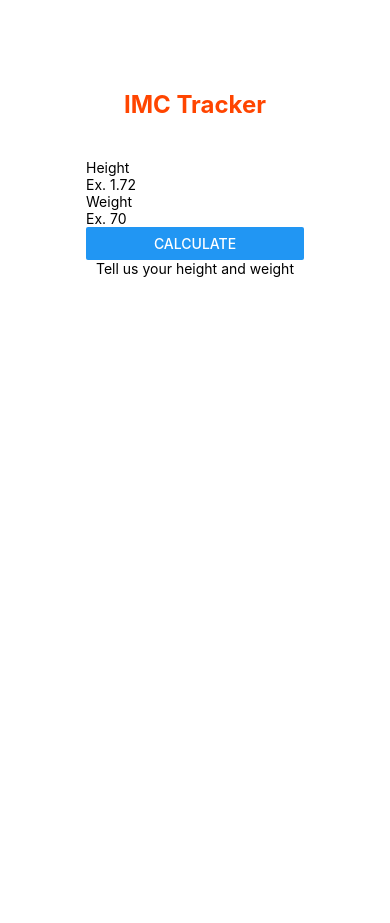
Repository: rubenmatias08/IMCTracker
Screen: /
An editor plug-in stored every save of this project. The screen is shown before and after the next save, followed by the edit.
The app was drawn by React Native's web renderer in a window 390 px wide. The project was rebuilt for these pictures with package versions that can differ from the ones it lists, and the page was loaded fresh each time.

Above is the screen before, as saved 2024-03-10 17:32:13.

### App.js
import { StyleSheet, View } from 'react-native';
import Title from './src/components/Title';
import Form from './src/components/Form/index'

export default function App() {
  return (
    <View style={styles.container}>
      <Title/>
      <Form />
    </View>
  );
}

const styles = StyleSheet.create({
  container: {
    flex: 1,
    backgroundColor: 'f8f8ff',
    paddingTop: 80,

  },
});



/*
   alignItems: 'center',
    justifyContent: 'center',

*/

### src/components/Title/index.js
import React from "react";
import { View,Text } from "react-native"; //Componentes
import styles from "./style";

export default function Title(){
    return(
        <View style={styles.boxTitle}>
            <Text style={styles.textTitle}>IMC Tracker</Text>
        </View>
    )
}

//Para aplicar a estilização colocamos: style={nomedoficheiroimportado.propriedadeJSON}

### src/components/Form/index.js
import React , {useState} from "react";
import { TextInput, View, Text, Button } from "react-native";
import ResultIMC from "./ResultIMC";
import styles from "./style";


export default function Form(){

    const [height, setHeight] = useState(null); // Altura
    const [weight, setWeight] = useState(null); // Peso
    const [messageIMC, setmessageIMC] = useState("Tell us your height and weight"); // Mensagem que contem o resultado
    const [imc,setIMC] = useState(null); // valor do IMC
    const [textButton, setTextButton] = useState("Calculate"); //

    //Calcular o imc é altura x altura a dividir por peso
    //E vamos querer que nos retorne o resultado (toFixed) que é para vir com 2 casas decimais apenas.
    function CalculatorIMC(){
        return setIMC((weight / (height * height)).toFixed(2))
    }

    //Caso os valores tiverem sido preenchidos ele valida, caso contrário temos de avisar o usuário para preencher os dados de altura e peso.
    //Aqui com a condição é: Caso os valores de height e weight sejam diferentes de null, ou seja, estão preenchidos... Chama a função CalculatorIMC() que fará o calculo que depois nos dá o resultado.
    function ValidationIMC(){
        if(height != null && weight != null){
            CalculatorIMC() //Função do calculo
            setHeight(null) //Reset de height para que se faça depois um novo calculo
            setWeight(null) //Reset de weight para que se faça depois um novo calculo
            setmessageIMC("Your IMC is:") //Mensagem para apresentar o resultado
            setTextButton("Calculate again") //Botão com mensagem
            return //Depois de tudo isto... Retorna-nos.
        }
        setIMC(null) //caso o peso e altura sejam nulos, colocamos o imc como nulo também para que não haja resposta de possiveis calculos anteriores
        setTextButton("Calculate") //Para voltar a apresentar o texto original
        setmessageIMC("Tell us your height and weight") //Para voltar a apresentar o texto original

    }


    return(
        <View style={styles.formContent}>
            <View>
                <Text>Height</Text>
                <TextInput
                onChangeText={setHeight}
                value={height}
                placeholder="Ex. 1.72"
                keyboardType="numeric"
                />

                <Text>Weight</Text>
                <TextInput
                onChangeText={setWeight}
                value={weight}
                placeholder="Ex. 70"
                keyboardType="numeric"
                />

                <Button
                onPress={() => ValidationIMC()}
                title={textButton}/>

            </View>
            <ResultIMC messageResultImc={messageIMC} resultImc={imc}/>
        </View>
    )
}

//O keyboardType indica qual o tipo de teclado que ele vai abrir
//No <ResultIMC> leva duas props com propriedades dinamicas.

### src/components/Title/style.js
import { StyleSheet } from "react-native";

const styles = StyleSheet.create( {
    boxTitle: {
        alignItems: "center",
        justifyContent: "center",
        padding: 10,
    },
    textTitle: {
        color:"#FF4500",
        fontSize:24,
        fontWeight:"bold"
    }
});

export default styles;

### src/components/Form/ResultIMC/index.js
import React from "react";
import { View , Text } from "react-native";

export default function ResultIMC(props){
    return(
        <View>
            <Text>{props.messageResultImc}</Text>
            <Text>{props.resultImc}</Text>
        </View>
    )
}

//Neste componente vai ser mostrado o resultado do valor de IMC e uma mensagem com o valor desse IMC.

### src/components/Form/style.js
import { StyleSheet } from "react-native";

const styles = StyleSheet.create( {
    formContent: {
        width:"100%",
        height:"100%",
        bottom:0,
        backgroundColor:"#ffffff",
        alignItems:"center",
        borderTopLeftRadius:30,
        marginTop:30,
    }
});

export default styles;

After the next save:
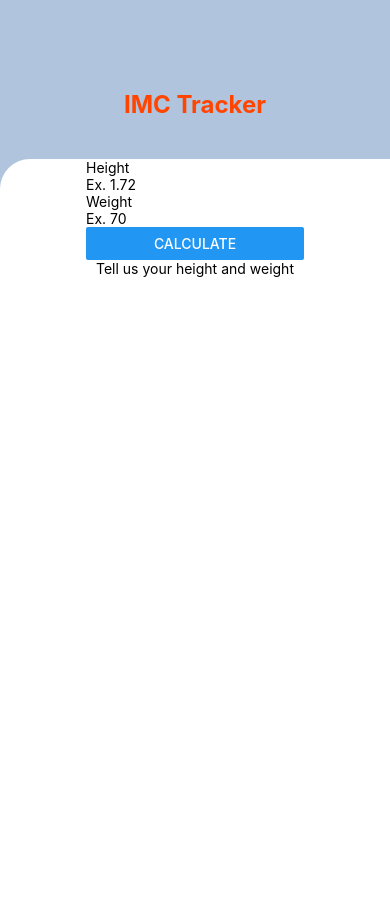
Saved 60 min 44 s later.
--- a/App.js
+++ b/App.js
@@ -14,7 +14,7 @@ export default function App() {
 const styles = StyleSheet.create({
   container: {
     flex: 1,
-    backgroundColor: 'f8f8ff',
+    backgroundColor: '#B0C4DE',
     paddingTop: 80,
 
   },
